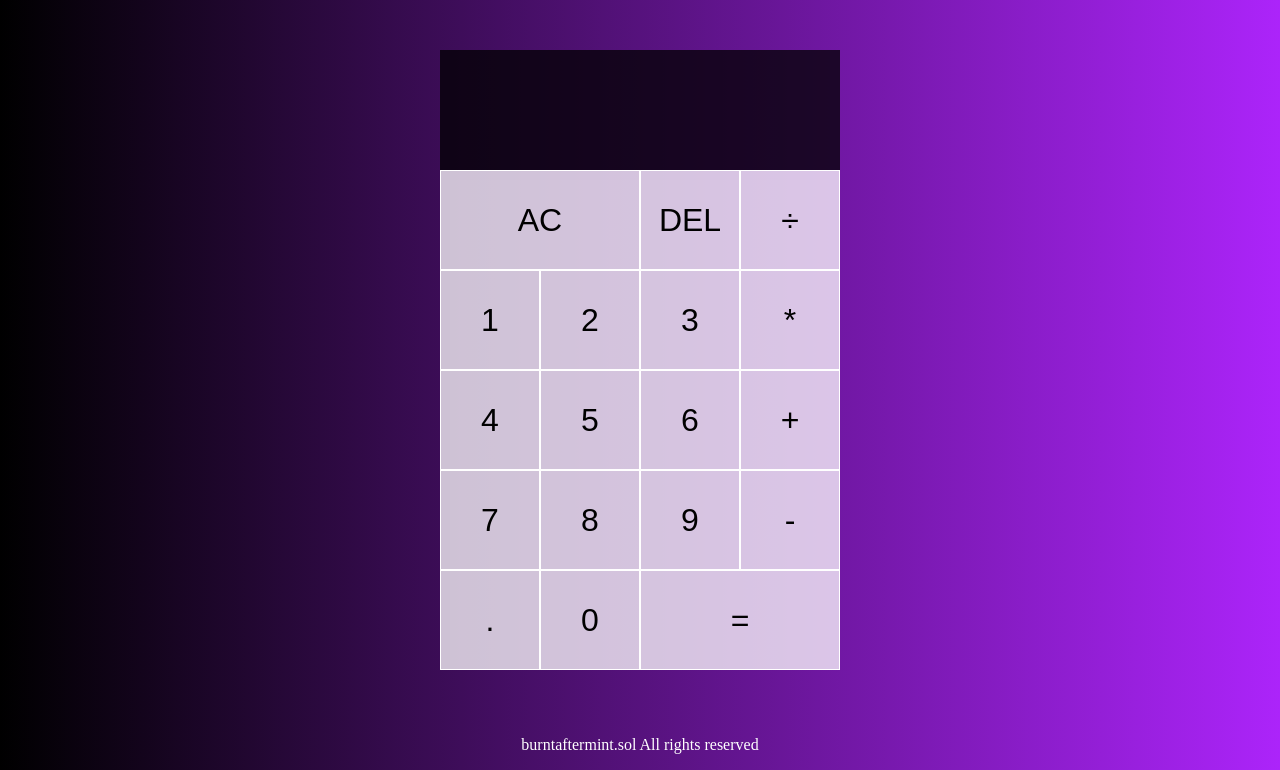
Repository: burntaftermint/calculator
Page: index.html
These files come from the project's save history. The page is drawn as it stood at one moment and after the next save; the edit follows.
The browser window is 1280 px wide. The pictures show the whole page.

Above is the page before, as saved 2023-11-01 05:06:16.

### index.html
<!DOCTYPE html>
<html lang="en">
<head>
    <meta charset="UTF-8">
    <meta name="viewport" content="width=device-width, initial-scale=1.0">
    <title>Calculator</title>
    <link href="styles.css" rel="stylesheet">
    <link rel="preconnect" href="https://fonts.googleapis.com">
<link rel="preconnect" href="https://fonts.gstatic.com" crossorigin>

    <script src="script.js" defer></script>
</head>
<body>
    <div class="calculator-grid">
        <div class="output">
            <div data-previous-operand class="previous-operand"></div>
                <div data-current-operand class="current-operand"></div>
        </div>
        <button data-all-clear class="span-two">AC</button>
        <button data-delete>DEL</button>
        <button data-operation>÷</button>
        <button data-number>1</button>
        <button data-number>2</button>
        <button data-number>3</button>
        <button data-operation>*</button>
        <button data-number>4</button>
        <button data-number>5</button>
        <button data-number>6</button>
        <button data-operation>+</button>
        <button data-number>7</button>
        <button data-number>8</button>
        <button data-number>9</button>
        <button data-operation>-</button>
        <button data-number>.</button>
        <button data-number>0</button>
        <button data-equals class="span-two">=</button>

    </div>
    <div class="footer__container">

        <div class="social__media">

            <p class="website__rights">burntaftermint.sol All rights reserved</p>
            <div class="social__icons">
                <a href="/" class="social__icon--link">

                </a>
            </div>
        </div>
</body>
</html>

### styles.css
*::before, *::after {
    box-sizing: border-box;
    font-family: 'Kumbh Sans', sans-serif;
    font-weight: normal;
}

body {
    padding: 0;
    margin: 0;
    background: linear-gradient(to right, #000000, #ac24fa);
}

.calculator-grid {
    display: grid;
    justify-content: center;
    align-content: center;
    min-height: 100vh;
    grid-template-columns: repeat(4, 100px);
    grid-template-rows: minmax(120px, auto) repeat(5, 100px);
}

.calculator-grid > button {
    cursor: pointer;
    font-size: 2rem;
    border: 1px solid white;
    outline: none;
    background-color: rgba(255, 255, 255, .75);
}

.calculator-grid > button:hover {
    background-color: rgba(255, 255, 255, 0.9);
}

.span-two {
    grid-column: span 2;
}

.output {
    grid-column: 1 / -1;
    background-color: rgba(0, 0, 0, .75);
    display: flex;
    align-items: flex-end;
    justify-content: space-around;
    flex-direction: column;
    padding: 10px;
    word-wrap: break-word;
    word-break: break-all;
}

.output .previous-operand {
    color: rgba(255, 255, 255, .75);
    font-size: 1.5rem;
}
.output .current-operand {
    color: white;
    font-size: 2.5rem;
}

.footer__container {
    color: white;
    display: flex;
    flex-direction: column;
    justify-content: center;
    align-items: center;
}

### script.js
class Calculator {
    constructor(previousOperandTextElement, currentOperandTextElement) {
        this.previousOperandTextElement = previousOperandTextElement
        this.currentOperandTextElement = currentOperandTextElement
        this.clear()
    }

    clear() {
        this.currentOperand = ''
        this.previousOperand = ''
        this.operation = undefined
    }

    delete() {
        this.currentOperand = this.currentOperand.toString().slice(0, -1)
    }

    appendNumber(number) {
        if (number === '.' && this.currentOperand.includes('.')) return
        this.currentOperand = this.currentOperand.toString() + number.toString()
    }

    chooseOperation(operation) {
        if (this.currentOperand === '') return
        if (this.previousOperand !== ''){
            this.compute()
        }
        this.operation = operation
        this.previousOperand = this.currentOperand
        this.currentOperand = ''
    }

    compute() {
        let computation
    const prev = parseFloat(this.previousOperand)
    const current = parseFloat(this.currentOperand)
    if (isNaN(prev) || isNaN(current)) return
    switch (this.operation) {
      case '+':
        computation = prev + current
        break
      case '-':
        computation = prev - current
        break
      case '*':
        computation = prev * current
        break
      case '÷':
        computation = prev / current
        break
      default:
        return
    }
    this.currentOperand = computation
    this.operation = undefined
    this.previousOperand = ''
  }

  getDisplayNumber(number) {
    const stringNumber = number.toString()
    const integerDigits = parseFloat(stringNumber.split('.')[0])
    const decimalDigits = stringNumber.split('.')[1]
    let integerDisplay
    if (isNaN(integerDigits)) {
        integerDisplay = ''
    } else {
        integerDisplay = integerDigits.toLocaleString('en', {
            maximumFractionDigits: 0 })
    }
    if (decimalDigits != null) {
        return `${integerDisplay}.${decimalDigits}`
    } else {
        return integerDisplay
    }
  }

    updateDisplay() {
        this.currentOperandTextElement.innerText =
        this.getDisplayNumber(this.currentOperand)
        if (this.operation != null) {
            this.previousOperandTextElement.innerText =
            `${this.getDisplayNumber(this.previousOperand)} ${this.operation}`
        } else {
            this.previousOperandTextElement.innerText = ''
        }
    }
}

const numberButtons = document.querySelectorAll('[data-number]')
const operationButtons = document.querySelectorAll('[data-operation]')
const equalsButton = document.querySelector('[data-equals]')
const deleteButton = document.querySelector('[data-delete]')
const allClearButton = document.querySelector('[data-all-clear]')
const previousOperandTextElement = document.querySelector('[data-previous-operand]')
const currentOperandTextElement = document.querySelector('[data-current-operand]')

const calculator = new Calculator(previousOperandTextElement, currentOperandTextElement)

numberButtons.forEach(button => {
    button.addEventListener('click', () => {
      calculator.appendNumber(button.innerText)
      calculator.updateDisplay()
    })
})

operationButtons.forEach(button => {
    button.addEventListener('click', () => {
      calculator.chooseOperation(button.innerText)
      calculator.updateDisplay()
    })
})

equalsButton.addEventListener('click', button => {
    calculator.compute()
    calculator.updateDisplay()
  })

  allClearButton.addEventListener('click', button => {
    calculator.clear()
    calculator.updateDisplay()
  })

  deleteButton.addEventListener('click', button => {
    calculator.delete()
    calculator.updateDisplay()
  })

After the next save:
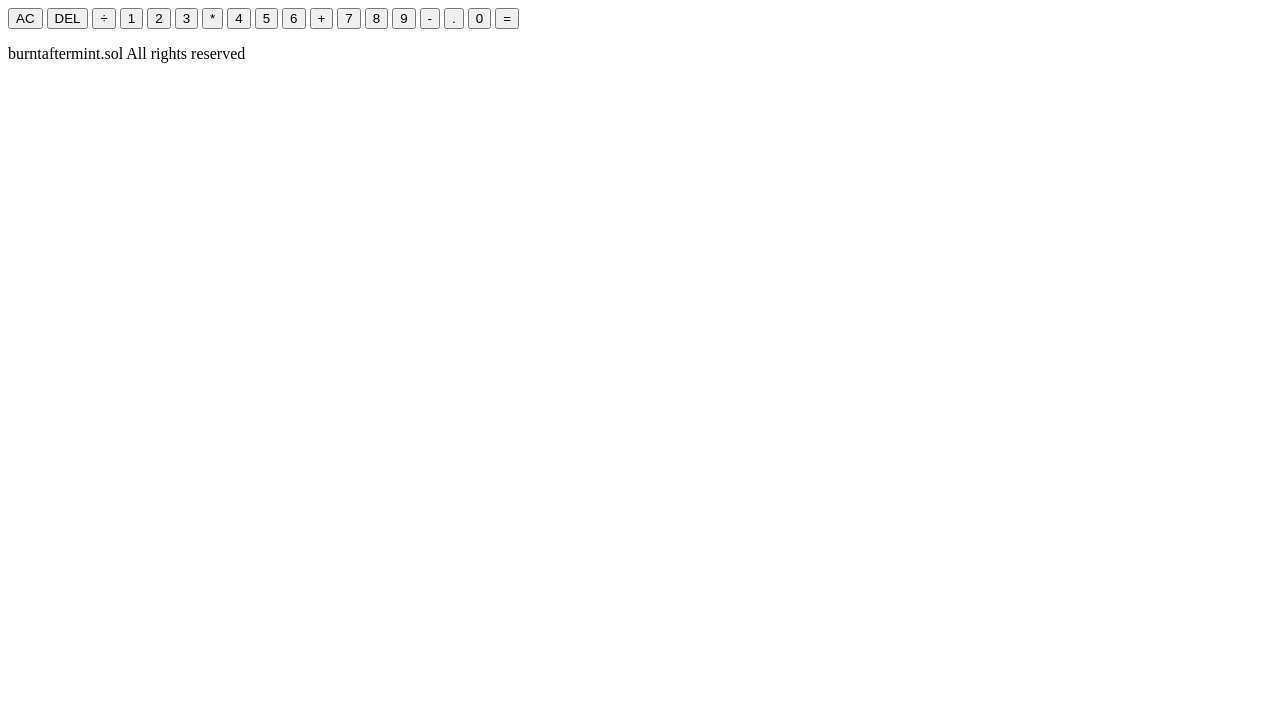
Saved 48 min 38 s later.
--- a/index.html
+++ b/index.html
@@ -4,6 +4,7 @@
     <meta charset="UTF-8">
     <meta name="viewport" content="width=device-width, initial-scale=1.0">
     <title>Calculator</title>
+    <link rel="icon" href="favicon.png"
     <link href="styles.css" rel="stylesheet">
     <link rel="preconnect" href="https://fonts.googleapis.com">
 <link rel="preconnect" href="https://fonts.gstatic.com" crossorigin>

After the save that followed:
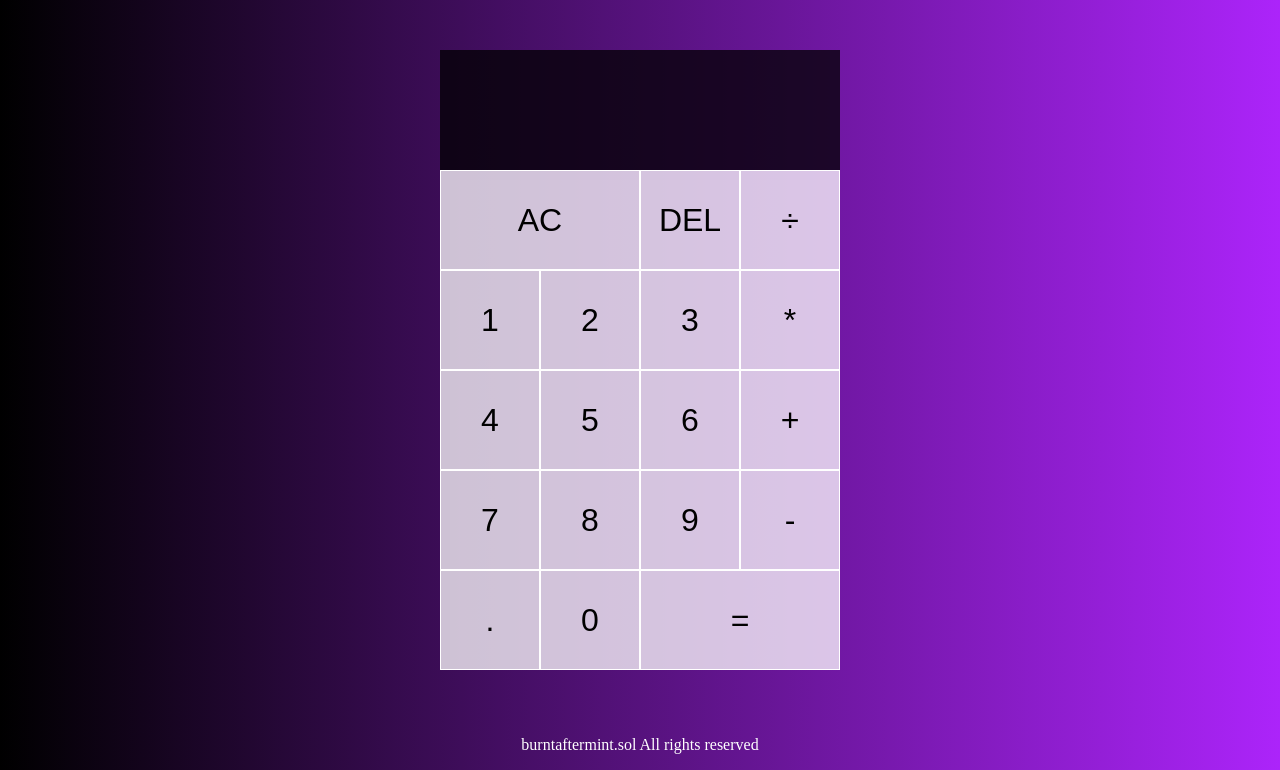
Saved 58 s later.
--- a/index.html
+++ b/index.html
@@ -4,7 +4,7 @@
     <meta charset="UTF-8">
     <meta name="viewport" content="width=device-width, initial-scale=1.0">
     <title>Calculator</title>
-    <link rel="icon" href="favicon.png"
+    <link rel="icon" href="favicon.png" type="image/x-icon">
     <link href="styles.css" rel="stylesheet">
     <link rel="preconnect" href="https://fonts.googleapis.com">
 <link rel="preconnect" href="https://fonts.gstatic.com" crossorigin>
